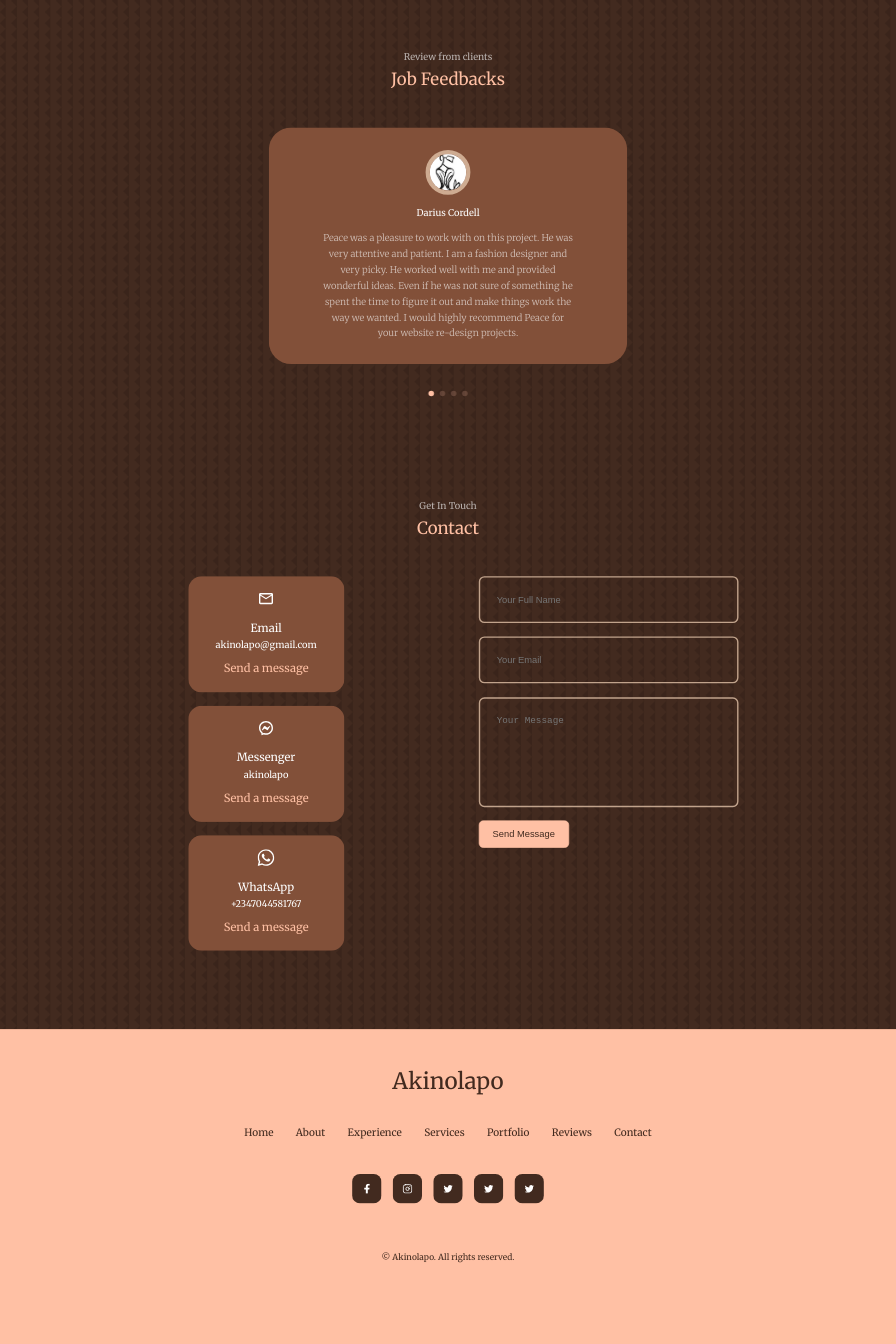
Repository: akinolapo/akinolapo-react
Page: /
The author's editor kept a copy of each file at every save. The page is drawn from the files as they stood at one save, then again after the next save.
The browser window is 1280 px wide. The pictures show the part of the page from y = 4103 to 6023 px (the page is 6023 px tall), at 70% of full size.
The project was rebuilt for these pictures with package versions that can differ from the ones it lists, and the page was loaded fresh each time.

Above is the page before, as saved 2022-07-24 12:34:52.

### public/index.html
<!DOCTYPE html>
<html lang="en">

<head>
    <meta charset="UTF-8">
    <meta http-equiv="X-UA-Compatible" content="IE=edge">
    <meta name="viewport" content="width=device-width, initial-scale=1.0">
    <meta
      name="description"
      content="I am a Front-end Developer who has worked for several companies. I have developed websites for small businesses, large companies and individuals."
    />
    <meta name="p:domain_verify" content="1e6b47b5f0d710033c44561e0f1e8f04"/>
    <link rel="apple-touch-icon" sizes="180x180" href="%PUBLIC_URL%/assets/apple-touch-icon.png">
    <link rel="icon" type="image/png" sizes="32x32" href="%PUBLIC_URL%/assets/favicon-32x32.png">
    <link rel="icon" type="image/png" sizes="16x16" href="%PUBLIC_URL%/assets/favicon-16x16.png">
    <link rel="manifest" href="%PUBLIC_URL%/assets/site.webmanifest">
    <link rel="mask-icon" href="%PUBLIC_URL%/assets/safari-pinned-tab.svg" color="#5bbad5">
    <meta name="msapplication-TileColor" content="#da532c">
    <meta name="theme-color" content="#ffffff">
    <title>Peace Akinola || Frontend Developer || IT Support Specialist</title>
</head>

<body>
    <div id="root"></div>
</body>

</html>

### src/App.jsx
import React from 'react'
import Header from './components/header/header'
import Nav from './components/nav/nav'
import About from './components/about/about'
import Experience from './components/experience/experience'
import Services from './components/services/services'
import Portfolio from './components/portfolio/portfolio'
import Review from './components/review/review'
import Contact from './components/contact/contact'
import Footer from './components/footer/footer'

const App = () => {
  return (
    <>
    <Header/>
    <Nav/>
    <About/>
    <Experience/>
    <Services/>
    <Portfolio/>
    <Review/>
    <Contact/>
    <Footer/>
    </>
  )
}

export default App

### src/components/header/header.jsx
import React from 'react'
import './header.css'
import CTA from './CTA'
// import ME from '../../assets/me.png'
import HeaderSocials from './headersocials'

const header = () => {
  return (
    <header>
      <div className="container header__container">
        <h5>Hello I'm</h5>
        <h1>Peace Akinola</h1>
        <h5 className="text-light">Frontend Developer</h5>
        <CTA/>
        <HeaderSocials/>

        <div className="me">
          <img src={process.env.PUBLIC_URL+`assets/me.png`} alt='me'></img>
        </div>

        <a href='#contact' className='scroll__down'>Scroll Down</a>
      </div>
    </header>
  )
}

export default header

### src/components/nav/nav.jsx
import React from 'react'
import './nav.css'
import {AiOutlineHome, AiOutlineUser, AiOutlineBook, AiOutlineMessage} from 'react-icons/ai'
import {RiServiceLine} from 'react-icons/ri'
import {BiBriefcase} from 'react-icons/bi'
import { useState } from 'react'

const Nav = () => {
  const [activeNav, setActiveNav] = useState('#')
  return (
    <nav>
      <a href='#' onClick={() => setActiveNav('#')} className={activeNav === '#' ? 'active' : ''}><AiOutlineHome/></a>
      <a href='#about' onClick={() => setActiveNav('#about')}  className={activeNav === '#about' ? 'active' : ''}><AiOutlineUser/></a>
      <a href='#experience' onClick={() => setActiveNav('#experience')}  className={activeNav === '#experience' ? 'active' : ''}><AiOutlineBook/></a>
      <a href='#services' onClick={() => setActiveNav('#services')}  className={activeNav === '#services' ? 'active' : ''}><RiServiceLine/></a>
      <a href='#portfolio' onClick={() => setActiveNav('#portfolio')}  className={activeNav === '#portfolio' ? 'active' : ''}><BiBriefcase/></a>
      <a href='#contact' onClick={() => setActiveNav('#contact')}  className={activeNav === '#contact' ? 'active' : ''}><AiOutlineMessage/></a>
    </nav>
  )
}

export default Nav

### src/components/about/about.jsx
import React from 'react'
import './about.css'
// import ME from '../../../public/assets/me-about.JPG'
import{FaAward} from 'react-icons/fa'
import{FiUsers} from 'react-icons/fi'
import{VscFolderLibrary} from 'react-icons/vsc'

const about = () => {
  return (
    <section id='about'>
      <h5>Get To Know</h5>
      <h2>About Me</h2>

      <div className="container about__container">
        <div className="about__me">
          <div className="about__me-img">
            <img src={process.env.PUBLIC_URL+`assets/me-about.JPG`} alt="Peace Akinola Working" />
          </div>
        </div>
        <div className="about__content">
          <div className="about__cards">
            <article className='about__card'>
              <FaAward className='about__icon'/>
              <h5>Experience</h5>
              <small>4+ Years Working</small>
            </article>

            <article className='about__card'>
              <FiUsers className='about__icon'/>
              <h5>Clients</h5>
              <small>20 + Worldwide</small>
            </article>

            <article className='about__card'>
              <VscFolderLibrary className='about__icon'/>
              <h5>Projects</h5>
              <small>50+ Completed</small>
            </article>
          </div>

          <p>
          Scrupulous web developer with over 4 years of front-end experience and admiration for responsive website design and a firm believer in the mobile-first approach.
          </p>
          <a href='#contact' className='btn btn-primary'>Let's Talk</a>
        </div>
      </div>
    </section>
  )
}

export default about

### src/components/contact/contact.jsx
import React from 'react'
import './contact.css'
import {MdOutlineMail} from 'react-icons/md'
import {RiMessengerLine} from 'react-icons/ri'
import {BsWhatsapp} from 'react-icons/bs'
import { useRef } from 'react'
import emailjs from 'emailjs-com'

const Contact = () => {
  const form =useRef()

  const sendEmail = (e) => {
    e.preventDefault();

    emailjs.sendForm('service_thkk0ff', 'template_cxpe4qe', form.current, 'pCl99nrjr2s5D9yF-')

    e.target.reset()
  };
  return (
    <section id='contact'>
      <h5>Get In Touch</h5>
      <h2>Contact</h2>

      <div className="container contact__container">
        <div className="contact__options">
          <article className="contact__option">
            <MdOutlineMail className='contact__option-icon'/>
            <h4>Email</h4>
            <h5>akinolapo@gmail.com</h5>
            <a href='mailto:akinolapo@gmail.com' target= "_blank" rel="noreferrer">Send a message</a>
          </article>

          <article className="contact__option">
            <RiMessengerLine className='contact__option-icon'/>
            <h4>Messenger</h4>
            <h5>akinolapo</h5>
            <a href='https://m.me/akinolapo.wp' target= "_blank" rel="noreferrer">Send a message</a>
          </article>

          <article className="contact__option">
            <BsWhatsapp className='contact__option-icon'/>
            <h4>WhatsApp</h4>
            <h5>+2347044581767</h5>
            <a href='https://api.whatsapp.com/send/?phone=2347044581767' target= "_blank" rel="noreferrer">Send a message</a>
          </article>
        </div>
        {/* END OF CONTACT OPTIONS */}
        <form ref={form} onSubmit={sendEmail}>
          <input type="text" name="name" placeholder="Your Full Name" required></input>
          <input type="email" name="email" placeholder="Your Email"></input>
          <textarea name="message" rows="7" placeholder="Your Message" required></textarea>
          <button type="submit" className="btn btn-primary">Send Message</button>
        </form>
      </div>
    </section>
  )
}

export default Contact

### src/components/footer/footer.jsx
import React from 'react'
import './footer.css'
import {FaFacebookF} from 'react-icons/fa'
import {FiInstagram} from 'react-icons/fi'
import {IoLogoTwitter} from 'react-icons/io'

const footer = () => {
  return (
    <footer>
        <a href='#' className='footer__logo'>Akinolapo</a>

        <ul className='permalinks'>
            <li><a href='#'>Home</a></li>
            <li><a href='#about'>About</a></li>
            <li><a href='#experience'>Experience</a></li>
            <li><a href='#services'>Services</a></li>
            <li><a href='#portfolio'>Portfolio</a></li>
            <li><a href='#review'>Reviews</a></li>
            <li><a href='#contact'>Contact</a></li>
        </ul>

        <div className="footer__socials">
        <a href='https://facebook.com/akinolapo.wp' target= "_blank" rel="noreferrer"><FaFacebookF/></a>
        <a href='https://instagram.com/akinolapo' target= "_blank" rel="noreferrer"><FiInstagram/></a>
        <a href='https://twitter.com/poakinola' target= "_blank" rel="noreferrer"><IoLogoTwitter/></a>
        <a href='https://twitter.com/akinolapo' target= "_blank" rel="noreferrer"><IoLogoTwitter/></a>
        <a href='https://twitter.com/akinola' target= "_blank" rel="noreferrer"><IoLogoTwitter/></a>
        </div>

        <div className="footer__copyright">
            <small>&copy; Akinolapo. All rights reserved.</small>
        </div>
    </footer>
  )
}

export default footer

### src/components/header/header.css
header{
    height: 100vh;
    padding-top: 7rem;
    overflow: hidden;
}

.header__container{
    text-align: center;
    height: 100%;
    position: relative;
}

/*======================== CTA ========================*/
.cta{
    margin-top: 2.5rem;
    display: flex;
    gap: 1.2rem;
    justify-content: center;
}

/*======================== HEADER SOCIALS ========================*/
.header__socials{
    display: flex;
    flex-direction: column;
    align-items: center;
    gap: 0.8rem;
    position: absolute;
    left: 0;
    bottom: 3rem;
}

.header__socials::after{
    content: '';
    width: 1px;
    height: 2rem;
    background: var(--color-primary);
}

/*======================== ME ========================*/
.me{
    background: linear-gradient(var(--color-primary), transparent);
    width: 22rem;
    height: 30rem;
    position: absolute;
    left: calc(50% - 11rem);
    margin-top: 4rem;
    border-radius: 12rem 12rem 0 0;
    overflow: hidden;
    padding: 2rem 1.5rem 1.5rem 1.5rem;
}

/*======================== SCROLL DOWN ========================*/
.scroll__down{
    position: absolute;
    right: 2.3rem;
    bottom: 2.3rem;
    transform: rotate(90deg);
    font-weight: 200;
    font-size: 0.9rem;
}

/*======================== MEDIA QUERIES (TABLET DEVICES) ========================*/
@media screen and (max-width: 1024px) {
    header{
        height: 68vh;
    }
}

/*======================== MEDIA QUERIES (MOBILE DEVICES) ========================*/
@media screen and (max-width: 600px) {
   header{
       height: 100vh;
   }

   .header__socials, .scroll__down{
       display: none;
   }
}

### src/components/header/CTA.jsx
import React from 'react'
// import Resume from '../../assets/cv.pdf'

const CTA = () => {
  return (
    <div className='cta'>
        <a href= {process.env.PUBLIC_URL+`assets/cv.pdf`} download className='btn'>Download CV</a>
        <a href='#contact' className='btn btn-primary'>Let's Talk</a>
    </div>
  )
}

export default CTA

### src/components/header/headersocials.jsx
import React from 'react'
import {BsLinkedin} from 'react-icons/bs'
import {FaGithubAlt} from 'react-icons/fa'
import {FiDribbble} from 'react-icons/fi'

const headersocials = () => {
  return (
    <div className='header__socials'>
      <a href='https://www.linkedin.com/in/akinolapo' target= "new"><BsLinkedin/></a>
      <a href='https://github.com/akinolapo' target= "new"><FaGithubAlt/></a>
      <a href='https://twitter.com/akinolapo_' target= "new"><FiDribbble/></a>
    </div>
  )
}

export default headersocials

### src/components/nav/nav.css
nav{
    background: rgba(0,0,0,0.3);
    width: max-content;
    display: block;
    padding: 0.7rem 1.7rem;
    z-index: 2;
    position: fixed;
    left: 50%;
    transform: translate(-50%);
    bottom: 2rem;
    display: flex;
    gap: 0.8 rem;
    border-radius: 3rem;
    backdrop-filter: blur(15px);
}

nav a{
    background: transparent;
    padding: 0.8rem;
    border-radius: 50%;
    display: flex;
    color: var(--color-light);
    font-size: 1.1rem;
}

nav a:hover{
    background: rgab(0, 0, 0, 0.3);
}

nav a.active{
    background: var(--color-primary);
    color: var(--color-bg);
}

### src/components/about/about.css
.about__container{
    display: grid;
    grid-template-columns: 35% 50%;
    gap: 15%;
}

.about__me{
    width: 100%;
    aspect-ratio: 1/1;
    border-radius: 2rem;
    background: linear-gradient(
        45deg,
        transparent,
        var(--color-primary),
        transparent
    );
    display: grid;
    place-items: center;
}

.about__me-img{
    border-radius: 2rem;
    overflow: hidden;
    transform: rotate(10deg);
    transition: var(--transition);
}

.about__me-img:hover{
    transform: rotate(0);
}

.about__cards{
    display: grid;
    grid-template-columns: repeat(3, 1fr);
    gap: 1.5rem;
}

.about__card{
    background: var(--color-bg-variant);
    border: 1px solid transparent;
    border-radius: 1rem;
    padding: 2rem;
    text-align: center;
    transition: var(--transition);
}

.about__card:hover{
    background: transparent;
    border-color: var(--color-primary-variant);
    cursor: default;
}

.about__icon{
    color: var(--color-primary);
    font-size: 1.4rem;
    margin-bottom: 1rem;
}

.about__card h5{
    font-size: 0.95rem;
}

.about__card small{
    font-size: 0.7rem;
    color: var(--color-light);
}

.about__content p{
    margin: 2rem 0 2.6rem;
    color: var(--color-light);
}

/*======================== MEDIA QUERIES (TABLET DEVICES) ========================*/
@media screen and (max-width: 1024px) {
    .about__container{
        grid-template-columns: 1fr;
        gap: 0;
    }

    .about__me{
        width: 50%;
        margin: 2rem auto 4rem;
    }

    .about__content p{
        margin: 1rem 0 1.5rem;
    }
}

/*======================== MEDIA QUERIES (MOBILE DEVICES) ========================*/
@media screen and (max-width: 600px) {
   .about__me{
       width: 65%;
       margin: 0 auto 3rem;
       margin-top: 2rem;
   }

   .about__cards{
       margin-top: 2rem;
       grid-template-columns: 1fr 1fr;
       gap: 1rem;
   }

   .about__content{
       text-align: center;
   }

   .about__content p{
       margin: 1.5rem 0;
   }
}

### src/components/experience/experience.css
.experience__container{
    display: grid;
    grid-template-columns: 1fr 1fr;
    gap: 2rem;
}

.experience__container > div {
    background: var(--color-bg-variant);
    padding: 2.4rem 5rem;
    border-radius: 2rem;
    border: 1px solid transparent;
    transition: var(--transition);
}

.experience__container > div:hover{
    border-color: var(--color-primary);
    background: transparent;
    color: var(--color-primary-variant);
    cursor: default;
}

.experience__container > div h3{
    text-align: center;
    margin-bottom: 2rem;
    color: var(--color-primary);
}

.experience__content{
    display: grid;
    grid-template-columns: 1fr 1fr;
    row-gap: 2rem;
}

.experience__details{
    display: flex;
    gap: 1rem;
}

.experience__details-icon{
    margin-top: 6px;
    color: var(--color-primary);
}

/*======================== MEDIA QUERIES (TABLET DEVICES) ========================*/
@media screen and (max-width: 1024px) {
    .experience__container{
        grid-template-columns: 1fr;
    }
    .experience__container >div {
        width: 80%;
        padding: 2rem;
        margin: 0 auto;
    }
    .experience__content{
        padding: 1rem;
    }

}

/*======================== MEDIA QUERIES (MOBILE DEVICES) ========================*/
@media screen and (max-width: 600px) {
  .experience__container{
      gap: 1rem;
  }

  .experience__container > div{
      width: 100%;
      padding: 2rem 1rem;
  }
}

### src/components/services/services.css
.services__container{
    display: grid;
    grid-template-columns: repeat(3, 1fr);
    gap: 3rem;
}

.service{
    background: var(--color-bg-variant);
    border-radius: 0 0 2rem 2rem;
    border:  1px solid var(--color-primary);
    height: fit-content;
    transition: var(--transition);
}

.service:hover{
    background: transparent;
    border-color: var(--color-primary-variant);
    cursor: default;
}

.service__head{
    background: var(--color-primary);
    padding: 2rem;
    border-radius: 0 0 2rem 2rem;
    box-shadow: 0 2rem 1rem rgba(0, 0, 0, 0.1);
}

.service__head h3{
    color: var(--color-bg);
    text-align: center;
}

.service__list{
    padding: 2rem;
}

.service__list li{
    display: flex;
    gap: 1rem;
    margin-bottom: 0.8rem;
}

.service__list-icon{
    color: var(--color-primary);
    margin-top: 2px;
}

.service__list p{
    font-size: 0.9rem;
}


/*======================== MEDIA QUERIES (TABLET DEVICES) ========================*/
@media screen and (max-width: 1024px) {
    .services__container{
        grid-template-columns: 1fr 1fr;
        gap: 2rem;
    }

    .service{
        height: auto;
    }
  }


/*======================== MEDIA QUERIES (MOBILE DEVICES) ========================*/
@media screen and (max-width: 600px) {
    .services__container{
        grid-template-columns: 1fr;
        gap: 1.5rem;
    }
  }

### src/components/portfolio/portfolio.css
.portfolio__container{
    display: grid;
    grid-template-columns: repeat(3, 1fr);
    gap: 2.5rem;
}

.portfolio__item{
    background: var(--color-bg-variant);
    padding: 1.3rem;
    border-radius: 2rem;
    border: 1px solid transparent;
    transition: var(--transition);
}

.portfolio__item:hover{
    border-color: var(--color-primary-variant);
    background: transparent;
}

.portfolio__item-image{
    border-radius: 1.5rem;
    overflow: hidden;
}

.portfolio__item h3{
    margin: 1.2rem 0 2rem;
}

.portfolio__item-cta{
    display: flex;
    gap: 1rem;
    margin-bottom: 1rem;
}

/*======================== MEDIA QUERIES (TABLET DEVICES) ========================*/
@media screen and (max-width: 1024px) {
    .portfolio__container{
        grid-template-columns: 1fr 1fr;
        gap: 1.2rem;
    }
  }


/*======================== MEDIA QUERIES (MOBILE DEVICES) ========================*/
@media screen and (max-width: 600px) {
    .portfolio__container{
        grid-template-columns: 1fr;
        gap: 1rem;
    }
  }

### src/components/review/review.css
.container.review__container{
    width: 40%;
    padding-bottom: 4rem;
}

.client__avatar{
    width: 4rem;
    aspect-ratio: 1/1;
    overflow: hidden;
    border-radius: 50%;
    margin: 0 auto 1rem;
    border: 0.4rem solid var(--color-primary-variant);
}

.review{
    background: var(--color-bg-variant);
    text-align: center;
    padding: 2rem;
    border-radius: 2rem;
    user-select: none;
}

.client__review{
    color: var(--color-light);
    font-weight: 300;
    display: block;
    width: 80%;
    margin: 0.8rem auto 0;
}

.swiper-pagination-clickable .swiper-pagination-bullet{
    background: var(--color-primary);
}

/*======================== MEDIA QUERIES (TABLET DEVICES) ========================*/
@media screen and (max-width: 1024px) {
    .container.review__container{
       width: 60%;
   }
}

/*======================== MEDIA QUERIES (MOBILE DEVICES) ========================*/
@media screen and (max-width: 600px) {
    .container.review__container{
        width: var(--container-width-sm);
    }

    .client__review{
        width: var(--container-width-sm);
    }
}

### src/components/contact/contact.css
.container.contact__container{
    width: 58%;
    display: grid;
    grid-template-columns: 30% 50%;
    gap: 12rem;
}

.contact__options{
    display: flex;
    flex-direction: column;
    gap: 1.2rem;
}

.contact__option{
    background: var(--color-bg-variant);
    padding: 1.2rem;
    border-radius: 1.2rem;
    text-align: center;
    border: 1px solid transparent;
    transition: var(--transition);
}

.contact__option:hover {
    background: transparent;
    border-color: var(--color-primary-variant);
}

.contact__option-icon{
    font-size: 1.5rem;
    margin-bottom: 0.5rem;
}

.contact__option a{
    margin-top: .5rem;
    display: inline-block;
}

/*********************** FORM ***********************/
form{
    display: flex;
    flex-direction: column;
    gap: 1.2rem;
}

input, textarea{
    width: 100%;
    padding: 1.5rem;
    border-radius: 0.5rem;
    background: transparent;
    border: 2px solid var(--color-primary-variant);
    resize: none;
    color: var(--color-white);
}

/*======================== MEDIA QUERIES (TABLET DEVICES) ========================*/
@media screen and (max-width: 1024px) {
    .container.contact__container{
        grid-template-columns: 1fr;
        gap: 2rem;
    }
  }


/*======================== MEDIA QUERIES (MOBILE DEVICES) ========================*/
@media screen and (max-width: 600px) {
   .container.contact__container{
       grid-template-columns: 1fr;
       width: var(--container-width-sm);
   }
  }

### src/components/footer/footer.css
footer{
    background: var(--color-primary);
    padding: 3rem 0;
    text-align: center;
    font-size: .9rem;
    margin-top: 7rem;
}

footer a{
    color: var(--color-bg);
}

.footer__logo{
    font-size: 2rem;
    font-weight: 500;
    margin-bottom: 2rem;
    display: inline-block;
}

.permalinks{
    display: flex;
    flex-wrap: wrap;
    justify-content: center;
    gap: 2rem;
    margin: 0 auto 3rem;
    transition: var(--transition);
}

.footer__socials{
    display: flex;
    justify-content: center;
    gap: 1rem;
    margin-bottom: 4rem;
}

.footer__socials a{
    background: var(--color-bg);
    color: var(--color-white);
    padding: 0.8rem;
    border-radius: 0.7rem;
    display: flex;
    border: 1px solid transparent;
    transition: var(--transition);
}

.footer__socials a:hover{
    background: transparent;
    color: var(--color-bg);
    border-color: var(--color-bg);
}

.footer__copyright{
    margin-bottom: 4rem;
    color: var(--color-bg);
}

/*======================== MEDIA QUERIES (MOBILE DEVICES) ========================*/
@media screen and (max-width: 600px) {
    .permalinks{
        flex-direction: column;
        gap: 1.5rem;
    }

    .footer__socials{
        margin-bottom: 2.6rem;
    }
   }

Loaded but not shown: src/index.js (5 lines, source omitted); src/components/experience/experience.jsx (122 lines, source omitted); src/components/services/services.jsx (110 lines, source omitted); src/components/review/review.jsx (70 lines, source omitted); src/index.css (138 lines, source omitted); src/components/portfolio/portfolio.jsx (79 lines, source omitted)

After the next save:
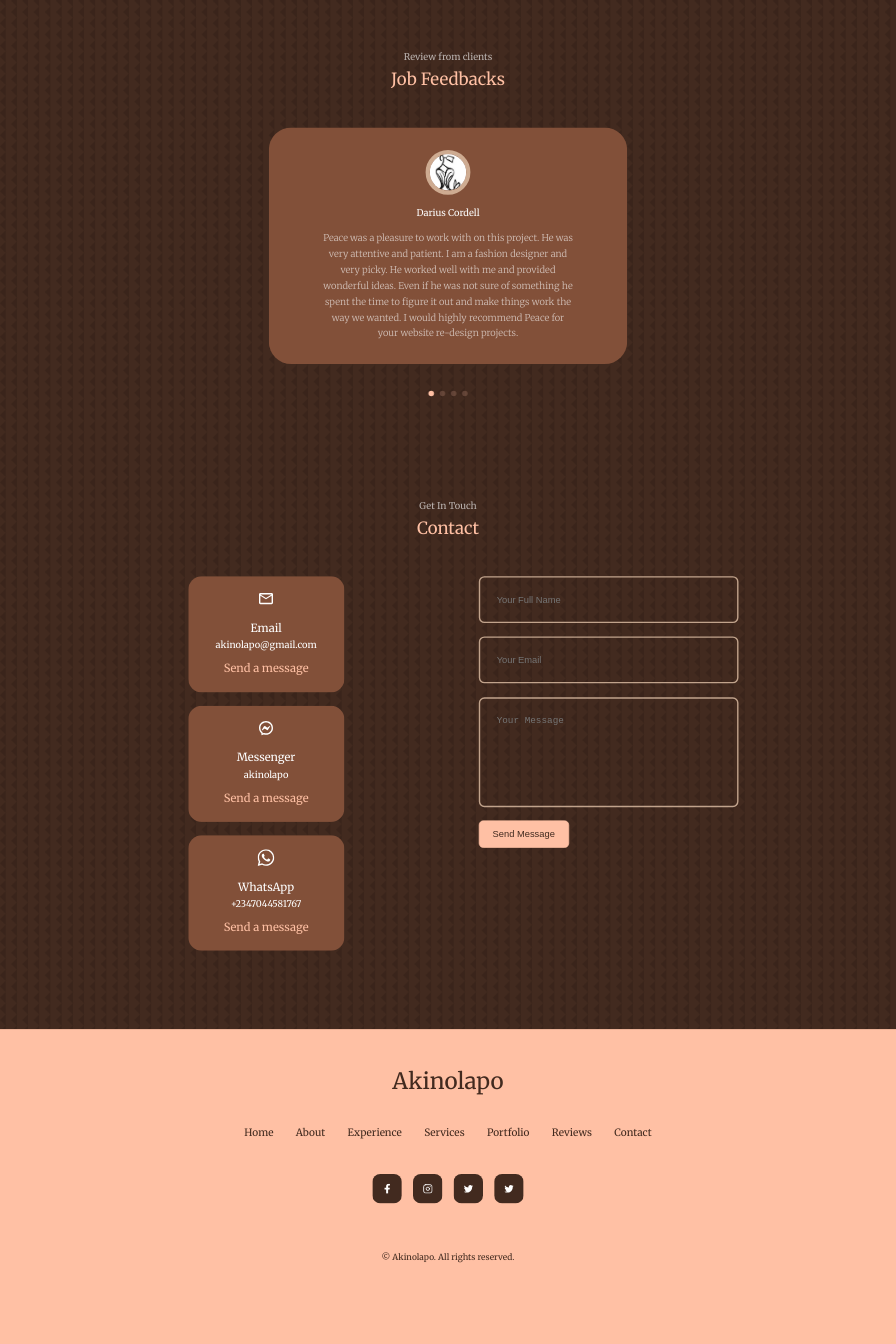
Saved 9 s later.
--- a/src/components/footer/footer.jsx
+++ b/src/components/footer/footer.jsx
@@ -24,7 +24,6 @@ const footer = () => {
         <a href='https://instagram.com/akinolapo' target= "_blank" rel="noreferrer"><FiInstagram/></a>
         <a href='https://twitter.com/poakinola' target= "_blank" rel="noreferrer"><IoLogoTwitter/></a>
         <a href='https://twitter.com/akinolapo' target= "_blank" rel="noreferrer"><IoLogoTwitter/></a>
-        <a href='https://twitter.com/akinola' target= "_blank" rel="noreferrer"><IoLogoTwitter/></a>
         </div>
 
         <div className="footer__copyright">
